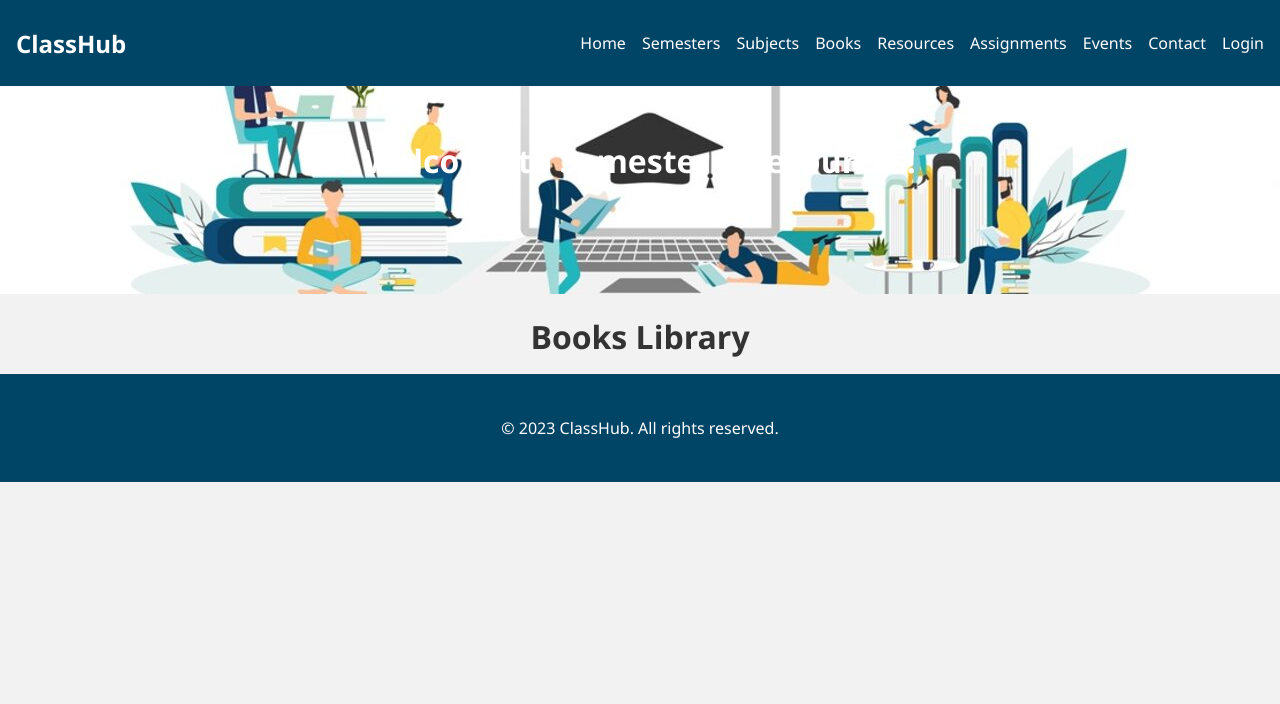
Repository: MariamSawera/eduNova
Page: subjects.html
These files come from the project's save history. The page is drawn as it stood at one moment and after the next save; the edit follows.
The browser window is 1280 px wide. The pictures show the whole page.

Above is the page before, as saved 2025-07-23 19:08:41.

After the next save:
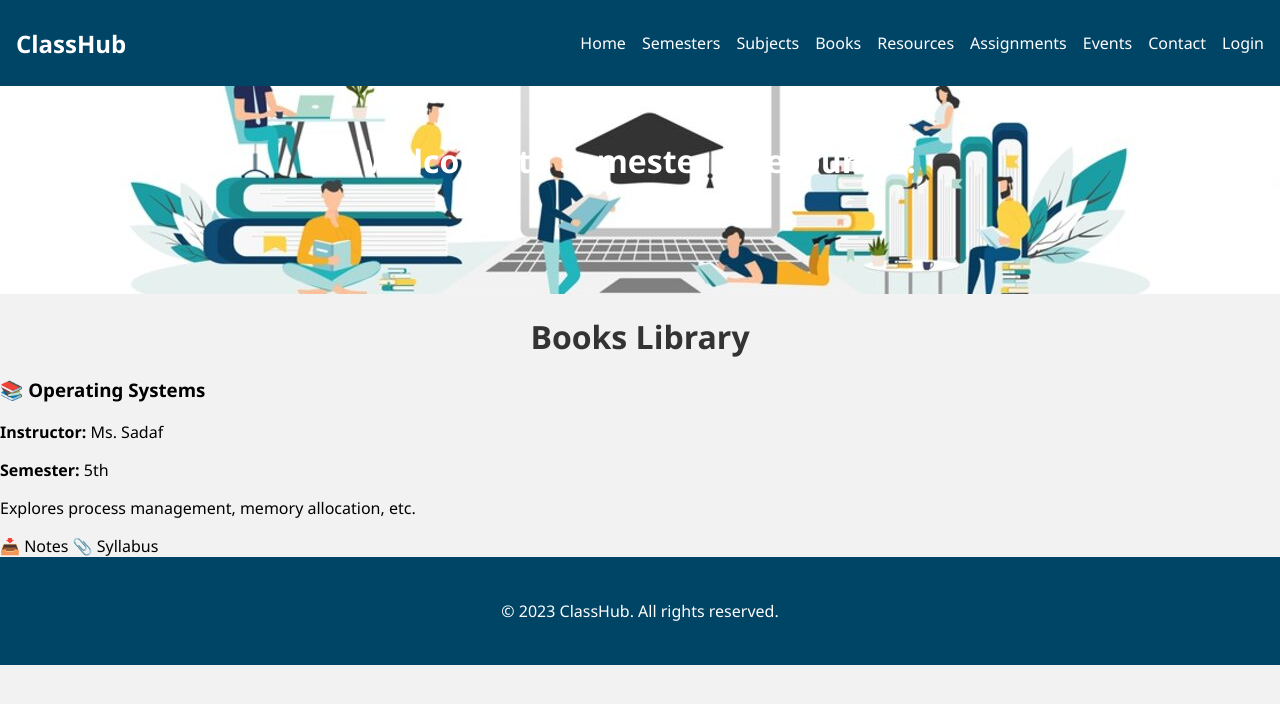
Saved 34 s later.
--- a/subjects.html
+++ b/subjects.html
@@ -30,6 +30,16 @@
 
     <h1 class="heading"> Books Library</h1>
 
+    <div class="subject-card">
+    <h3>📚 Operating Systems</h3>
+    <p><strong>Instructor:</strong> Ms. Sadaf</p>
+    <p><strong>Semester:</strong> 5th</p>
+    <p>Explores process management, memory allocation, etc.</p>
+    <a href="#">📥 Notes</a>
+    <a href="#">📎 Syllabus</a>
+    </div>
+
+
 
 
     <!-- Footer -->
